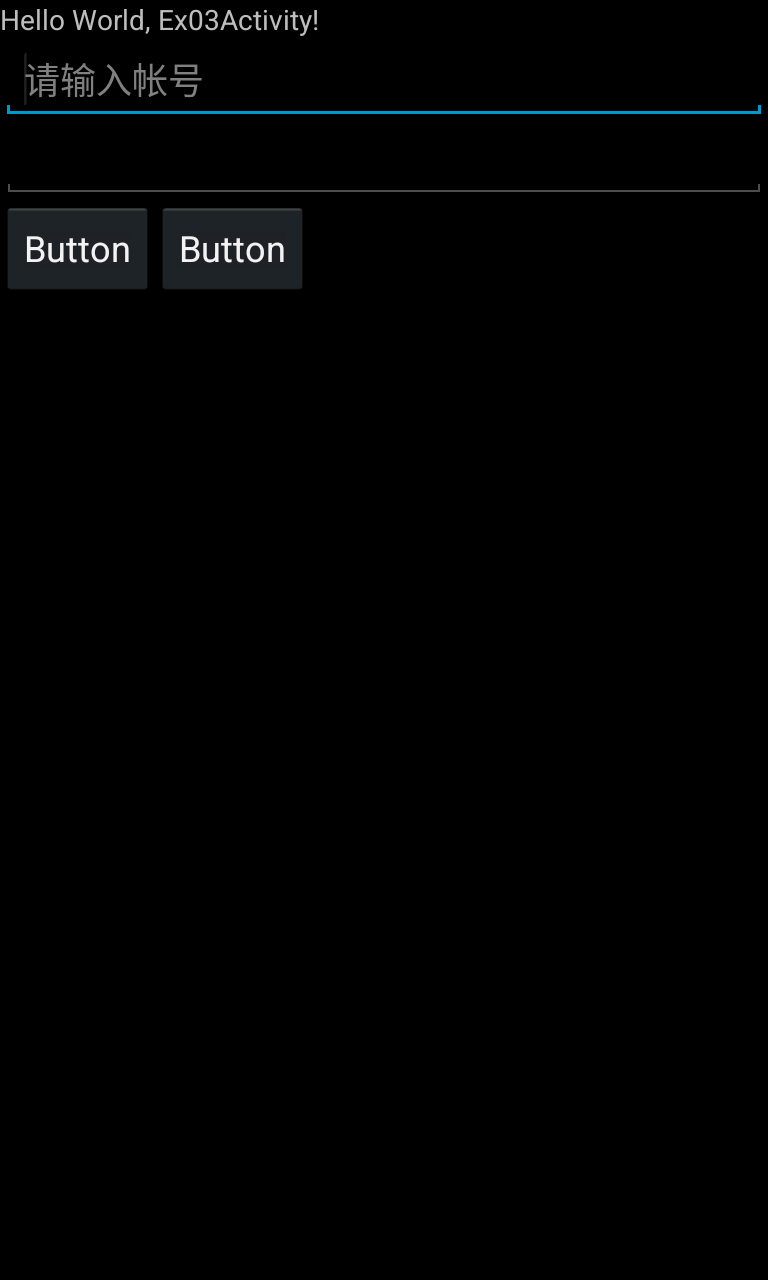
Repository: oldherokingsley/android_homework
Layout: Ex03/res/layout/main.xml
These files come from the project's save history. The layout is drawn as it stood at one moment and after the next save; the edit follows.
It is drawn on a 768 x 1280 px phone screen (xhdpi) without system bars, with theme android:Theme.Holo; the app's code is not run.

Above is the layout before, as saved 2012-10-16 08:57:04.

### Ex03/res/layout/main.xml
<?xml version="1.0" encoding="utf-8"?>
<LinearLayout xmlns:android="http://schemas.android.com/apk/res/android"
    android:layout_width="fill_parent"
    android:layout_height="fill_parent"
    android:orientation="vertical" >

    <TextView
        android:layout_width="fill_parent"
        android:layout_height="wrap_content"
        android:text="@string/hello"
        android:id="@+id/text"    />

    <EditText
        android:id="@+id/editText1"
        android:layout_width="match_parent"
        android:layout_height="wrap_content"
        android:ems="10"
        android:inputType="textPersonName"
        android:hint="请输入帐号">

        <requestFocus />
    </EditText>

    <EditText
        android:id="@+id/editText2"
        android:layout_width="match_parent"
        android:layout_height="wrap_content"
        android:ems="10"
        android:inputType="textPassword" />

    <LinearLayout
        android:layout_width="match_parent"
        android:layout_height="wrap_content" >

        <Button
            android:id="@+id/button1"
            android:layout_width="wrap_content"
            android:layout_height="wrap_content"
            android:text="Button" />

        <Button
            android:id="@+id/button2"
            android:layout_width="wrap_content"
            android:layout_height="wrap_content"
            android:layout_gravity="right"
            android:text="Button" />

    </LinearLayout>

</LinearLayout>

### Ex03/res/values/strings.xml
<?xml version="1.0" encoding="utf-8"?>
<resources>

    <string name="hello">Hello World, Ex03Activity!</string>
    <string name="app_name">Ex03</string>

</resources>

After the next save:
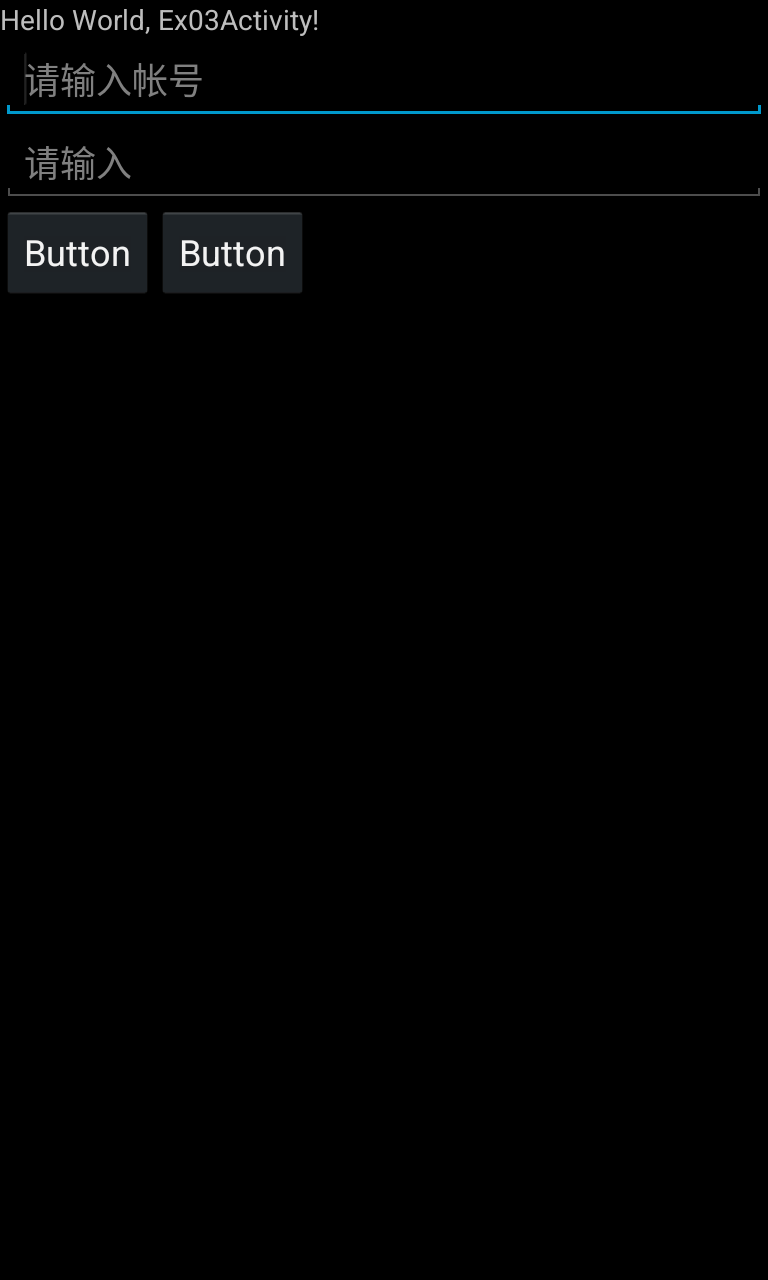
Saved 29 s later.
--- a/Ex03/res/layout/main.xml
+++ b/Ex03/res/layout/main.xml
@@ -26,7 +26,8 @@
         android:layout_width="match_parent"
         android:layout_height="wrap_content"
         android:ems="10"
-        android:inputType="textPassword" />
+        android:inputType="textPassword"
+        android:hint="请输入"/>
 
     <LinearLayout
         android:layout_width="match_parent"
